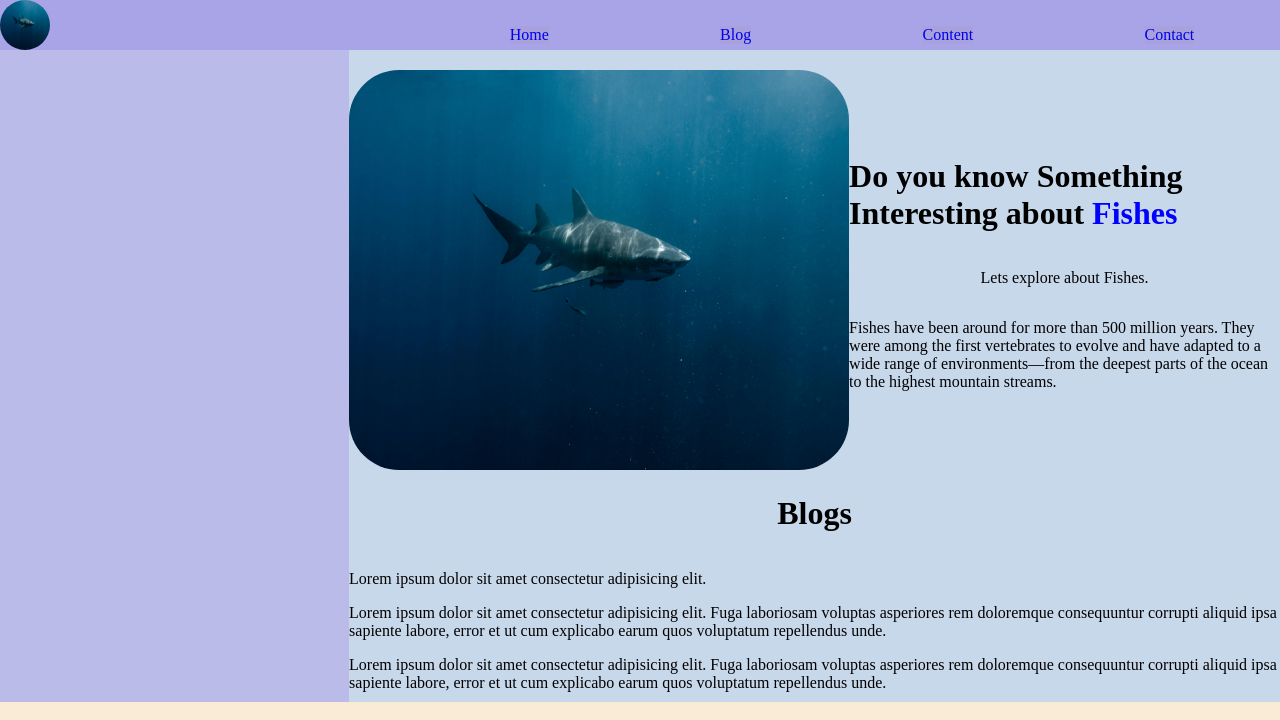
Repository: purnimapatel/fish-world
Page: index.html
The author's editor kept a copy of each file at every save. The page is drawn from the files as they stood at one save, then again after the next save.
The browser window is 1280 px wide. The pictures show the whole page.
An inner scrolling area shows only its first screen.

Above is the page before, as saved 2024-08-25 15:45:55.

After the next save:
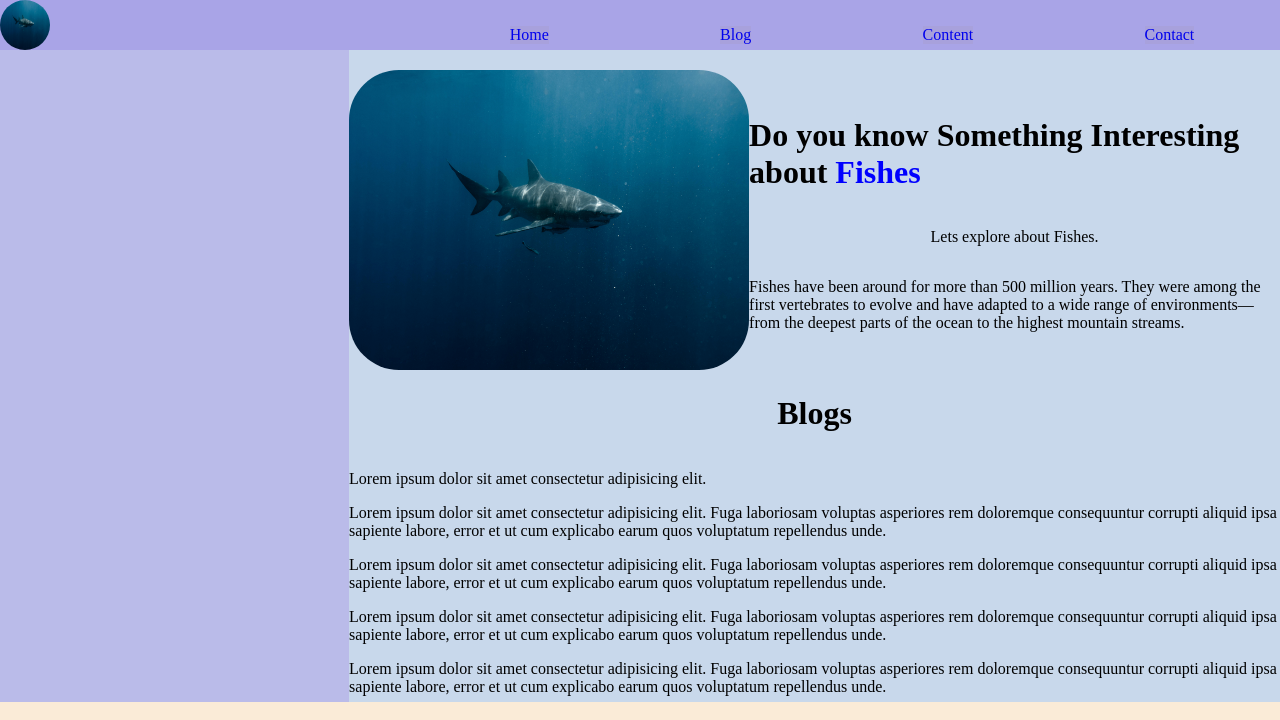
Saved 31 s later.
--- a/style.css
+++ b/style.css
@@ -118,8 +118,8 @@ span{
     justify-content: space-between;
 }
 #mainImg{
-    height: 400px;
-    width:500px;
+    height: 300px;
+    width:400px;
     background-size: cover;
     border-radius: 50px;
 }
